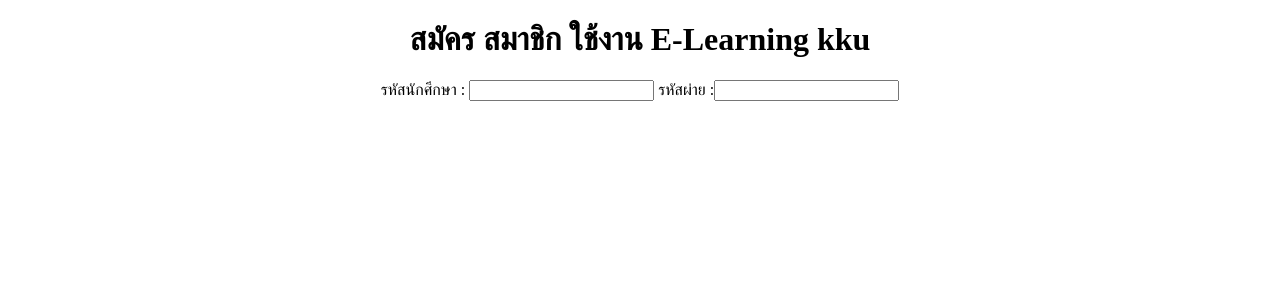
Repository: Wanaratkhamla/LabJavaWeb
Page: http://localhost/TestJoinTable/Register.jsp
The author's editor kept a copy of each file at every save. The page is drawn from the files as they stood at one save, then again after the next save.
The browser window is 1280 px wide. The pictures show the whole page.
The page is served by Tomcat 9.

Above is the page before, as saved 2017-02-28 18:24:00.

After the next save:
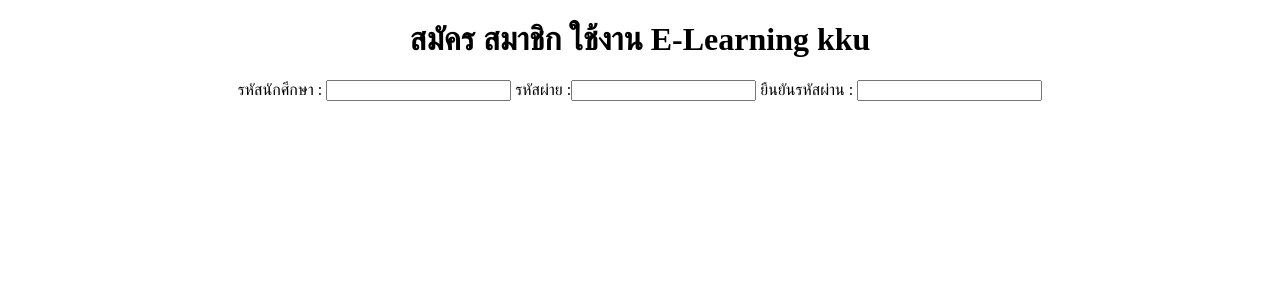
Saved 64 s later.
--- a/TestJoinTable/WebContent/Register.jsp
+++ b/TestJoinTable/WebContent/Register.jsp
@@ -10,7 +10,8 @@
 	<div align="center">
 	<form action="Register" id="myform">
 		รหัสนักศึกษา : <input type="text" name="SID">
-		รหัสผ่าย :<input>
+		รหัสผ่าย :<input type="text" name="Password">
+		ยืนยันรหัสผ่าน : <input type="text" name="Password1">
 	</form>
 	</div>
 	<script>
